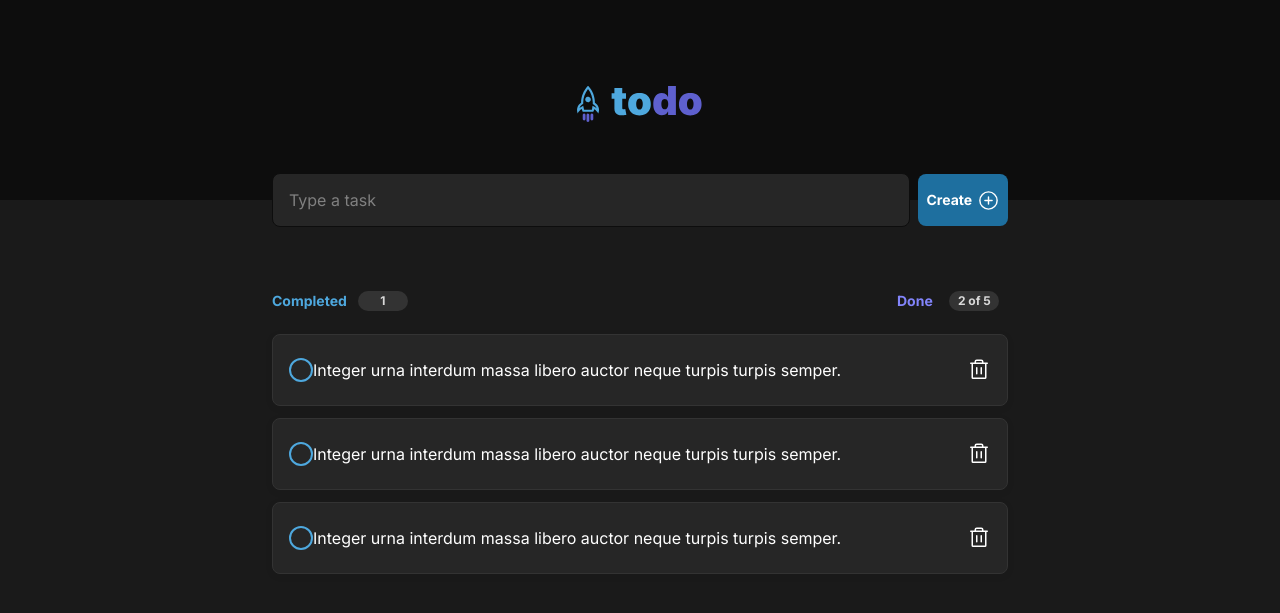
Repository: JoseGu1llardi/to-do-list-D01
Page: /
An editor plug-in stored every save of this project. The page is shown before and after the next save, followed by the edit.
The browser window is 1280 px wide. The pictures show the whole page.
The project was rebuilt for these pictures with package versions that can differ from the ones it lists, and the page was loaded fresh each time. Also part of the build but not shown: vite.config.ts.

Above is the page before, as saved 2023-03-11 22:43:13.

### index.html
<!DOCTYPE html>
<html lang="en">
  <head>
    <meta charset="UTF-8" />

    <link rel="preconnect" href="https://fonts.googleapis.com" />
    <link rel="preconnect" href="https://fonts.gstatic.com" crossorigin />

    <link
      href="https://fonts.googleapis.com/css2?family=Inter:wght@400;700&display=swap"
      rel="stylesheet"
    />

    <link rel="icon" type="image/svg+xml" href="/vite.svg" />
    <meta name="viewport" content="width=device-width, initial-scale=1.0" />
    <title>Vite + React + TS</title>
  </head>
  <body>
    <div id="root"></div>
    <script type="module" src="/src/main.tsx"></script>
  </body>
</html>

### src/App.tsx
import { Header } from "./components/Header"

import styles from './App.module.css';

import "./global.css"
import { Input } from "./components/Input";
import { Button } from "./components/Button";
import { TasksList } from "./components/TasksList";

function App() {
  return (
    <>
      <Header />

      <div className={styles.newTaskContainer}>
        <Input />
        <Button />
      </div>

      <div className={styles.tasksContainer}>
        <TasksList />
      </div>
    </>
  )
}

export default App

### src/components/Header/index.tsx
import Logo from '../../assets/Logo (1).svg'

import styles from './styles.module.css';

export function Header() {
    return (
        <header className={styles.container}>
            <img src={Logo} />
        </header>
    )
}

### src/App.module.css
.newTaskContainer {
  display: flex;
  flex-direction: row;
  align-items: center;
  padding: 0px;
  gap: 8px;

  position: absolute;
  width: 46rem;
  height: 3.375rem;
  left: calc(50% - 736px / 2);
  top: 10.8125rem;
}

.tasksContainer {
  display: flex;
  flex-direction: column;
  align-items: flex-start;
  padding: 0px;
  gap: 24px;

  position: absolute;
  width: 736px;
  height: 287px;
  left: calc(50% - 736px / 2);
  top: 291px;
}

### src/global.css
:root {
  // Base
  --gray-100: #f2f2f2;
  --gray-200: #d9d9d9;
  --gray-300: #808080;
  --gray-400: #333333;
  --gray-500: #262626;
  --gray-600: #1a1a1a;
  --gray-700: #0d0d0d;

  --danger: #e25858;

  // Product
  --purple: #8284fa;
  --dark-purple: #5e60ce;
  --blue: #4ea8de;
  --dark-blue: #1e6f9f;
}

* {
  margin: 0;
  padding: 0;
  box-sizing: border-box;
}

body {
  color: #fff;
  background: var(--gray-600);

  width: 100%;
  height: 100%;
  max-height: 1024px;
  position: relative;
}

body,
input,
textarea,
button {
  font-family: "Inter", sans-serif;
  font-weight: 400;
  font-size: 1rem;
}

### src/components/Input/index.tsx
import styles from './styles.module.css';

export function Input() {
    return (
        <input
            type="text"
            className={styles.input}
            placeholder='Type a task'
        />
    )
}

### src/components/Button/index.tsx
import { PlusCircle } from '@phosphor-icons/react'

import styles from './styles.module.css';

export function Button() {
    return (
        <button className={styles.button}>
            <span>Create</span>
            <PlusCircle size={23} />
        </button>
    )
}

### src/components/TasksList/index.tsx
import Clipboard from '../../assets/Clipboard.svg';
import { Task } from '../Task';

import styles from './styles.module.css';

export function TasksList() {
    return (
        <>
            <section className={styles.info}>

                <div className={styles.created}>
                    <span>Completed</span>
                    <div className={styles.counterCreated}>
                        <p>1</p>
                    </div>
                </div>

                <div className={styles.done}>
                    <span>Done</span>
                    <div className={styles.doneCreated}>
                        <span>2 of 5</span>
                    </div>
                </div>

            </section>

            {/* <section className={styles.tasks}>
                <img src={Clipboard} alt="" />
                <strong>You don't have tasks registered yet!</strong>
                <span>Create tasks and organize your to-do list</span>
            </section> */}

            <section className={styles.list}>
                <Task />
                <Task />
                <Task />
            </section>
        </>
    )
}

### src/components/Header/styles.module.css
.container {
  position: absolute;
  height: 12.5rem;
  max-width: 100%;
  left: 0;
  right: 0;
  top: 0;

  display: flex;
  align-items: center;
  justify-content: center;

  background: var(--gray-700);
}

.container img {
  position: absolute;
  width: 7.875rem;
  height: 3rem;
}

### src/components/Input/styles.module.css
.input {
  box-sizing: border-box;

  display: flex;
  flex-direction: row;
  align-items: center;
  padding: 16px;
  gap: 8px;

  width: 638px;
  height: 54px;

  background: var(--gray-500);
  color: #fff;

  border: 1px solid var(--gray-700);
  border-radius: 8px;

  flex: none;
  order: 0;
  flex-grow: 1;
}

.input:focus {
  outline: transparent;
  box-shadow: 0 0 0 2px var(--dark-purple);
}

.input::placeholder {
  color: var(--gray-300);
}

### src/components/Button/styles.module.css
.button {
  width: 90px;
  height: 52px;

  display: flex;
  flex-direction: row;
  align-items: center;
  justify-content: center;
  gap: 16px;

  border: 0;
  border-radius: 8px;

  background: var(--dark-blue);
  color: white;

  cursor: pointer;

  transition: filter 0.2s;
}

.button span {
  width: 34px;
  height: 20px;

  font-weight: 700;
  font-size: 14px;
  line-height: 140%;

  color: var(--gray-100);

  flex: none;
  order: 0;
  flex-grow: 0;
}

.button img {
  width: 16px;
  height: 16px;

  flex: none;
  order: 1;
  flex-grow: 0;
}

.button:hover {
  background: var(--blue);
  filter: brightness(0.8);
}

### src/components/Task/index.tsx
import { Trash } from '@phosphor-icons/react'

import styles from './styles.module.css';

export function Task() {
    return (
        <section className={styles.task}>
            <div>
                <input type="checkbox" />
                <span>Integer urna interdum massa libero auctor neque turpis turpis semper.</span>
            </div>
            <Trash size={20} />
        </section>
    )
}

### src/components/TasksList/styles.module.css
.info {
  display: flex;
  flex-direction: row;
  justify-content: space-between;
  align-items: flex-end;
  padding: 0px;

  width: 736px;
  height: 19px;

  flex: none;
  order: 0;
  align-self: stretch;
  flex-grow: 0;
}

.created {
  display: flex;
  flex-direction: row;
  align-items: center;
  padding: 0px;
  gap: 8px;

  width: 139px;
  height: 19px;

  order: 0;
  flex-grow: 0;
}

.created span {
  font-family: "Inter";
  font-style: normal;
  font-weight: 700;
  font-size: 14px;
  line-height: 17px;

  color: var(--blue);

  flex: none;
  order: 0;
  flex-grow: 0;
}

.counterCreated {
  display: flex;
  flex-direction: row;
  justify-content: center;
  align-items: center;
  padding: 2px 8px;
  gap: 10px;
  margin: 0 auto;

  width: 50px;
  height: 20px;

  background: #333333;
  border-radius: 999px;

  order: 1;
  flex-grow: 0;
}

.counterCreated p {
  display: flex;
  flex-direction: row;
  font-style: normal;
  font-weight: 700;
  font-size: 12px;
  line-height: 15px;

  color: var(--gray-200);
}

.done {
  display: flex;
  box-sizing: border-box;
  flex-direction: row;
  align-items: center;
  padding: 0px;
  gap: 8px;

  width: 111px;
  height: 19px;

  order: 1;
  flex-grow: 0;
}

.done span {
  font-family: "Inter";
  font-style: normal;
  font-weight: 700;
  font-size: 14px;
  line-height: 17px;

  color: #8284fa;

  flex: none;
  order: 0;
  flex-grow: 0;
}

.doneCreated {
  display: flex;
  flex-direction: row;
  justify-content: center;
  box-sizing: border-box;
  align-items: center;
  padding: 2px 8px;
  gap: 10px;
  margin: 0 auto;

  width: 50px;
  height: 20px;

  background: #333333;
  border-radius: 999px;

  order: 1;
  flex-grow: 0;
}

.doneCreated span {
  display: flex;
  flex-direction: row;
  font-style: normal;
  font-weight: 700;
  font-size: 12px;
  line-height: 15px;

  color: var(--gray-200);
}

.tasks {
  box-sizing: border-box;

  display: flex;
  flex-direction: column;
  justify-content: center;
  align-items: center;
  padding: 64px 24px;
  gap: 16px;

  width: 736px;
  height: 244px;

  border-top: 1px solid #333333;
  border-radius: 8px;

  flex: none;
  order: 1;
  align-self: stretch;
  flex-grow: 0;
}

.tasks img {
  width: 56px;
  height: 56px;

  flex: none;
  order: 0;
  flex-grow: 0;
}

.tasks strong {
  display: block;
  font-style: normal;
  font-weight: 700;
  font-size: 16px;

  text-align: center;

  color: var(--gray-300);

  flex: none;
  align-self: stretch;
  flex-grow: 0;
}

.tasks span {
  font-style: normal;
  font-weight: 300;
  font-size: 16px;

  color: var(--gray-300);
}

.list {
  display: flex;
  flex-direction: column;
  align-items: flex-start;
  padding: 0px;
  gap: 12px;

  width: 736px;
  height: 382px;

  /* Inside auto layout */

  flex: none;
  order: 1;
  flex-grow: 0;
}

### src/components/Task/styles.module.css
.task {
  box-sizing: border-box;

  display: flex;
  flex-direction: row;
  align-items: center;
  flex-direction: row;
  justify-content: space-between;
  padding: 16px;
  gap: 12px;

  width: 736px;
  height: 72px;

  /* Gray 500 */

  background: #262626;
  /* Gray 400 */

  border: 1px solid #333333;
  box-shadow: 0px 2px 8px rgba(0, 0, 0, 0.06);
  border-radius: 8px;

  flex: none;
  order: 0;
  align-self: stretch;
  flex-grow: 0;
}

.task div {
  display: flex;
  flex-direction: row;
  align-items: center;
  flex-direction: row;
}

.task input[type="checkbox"] {
  -webkit-appearance: none;
  -moz-appearance: none;

  width: 24px;
  height: 24px;

  border: 2px solid var(--blue);
  border-radius: 50%;
  outline: none;

  background-color: transparent;
  background-position: center;
  background-repeat: no-repeat;

  cursor: pointer;

  flex: none;
  order: 0;
  flex-grow: 0;
}

.task input[type="checkbox"]:checked {
  width: 24px;
  height: 24px;

  transition-duration: all 1s ease;

  border: none;
  background-image: url("./../../assets/Layer 1.svg");
}

.task svg {
  display: flex;
  float: right;
  width: 24px;
  height: 24px;

  border-radius: 4px;

  flex: none;
  order: 2;
  flex-grow: 0;
}

Loaded but not shown: src/main.tsx (common file)

After the next save:
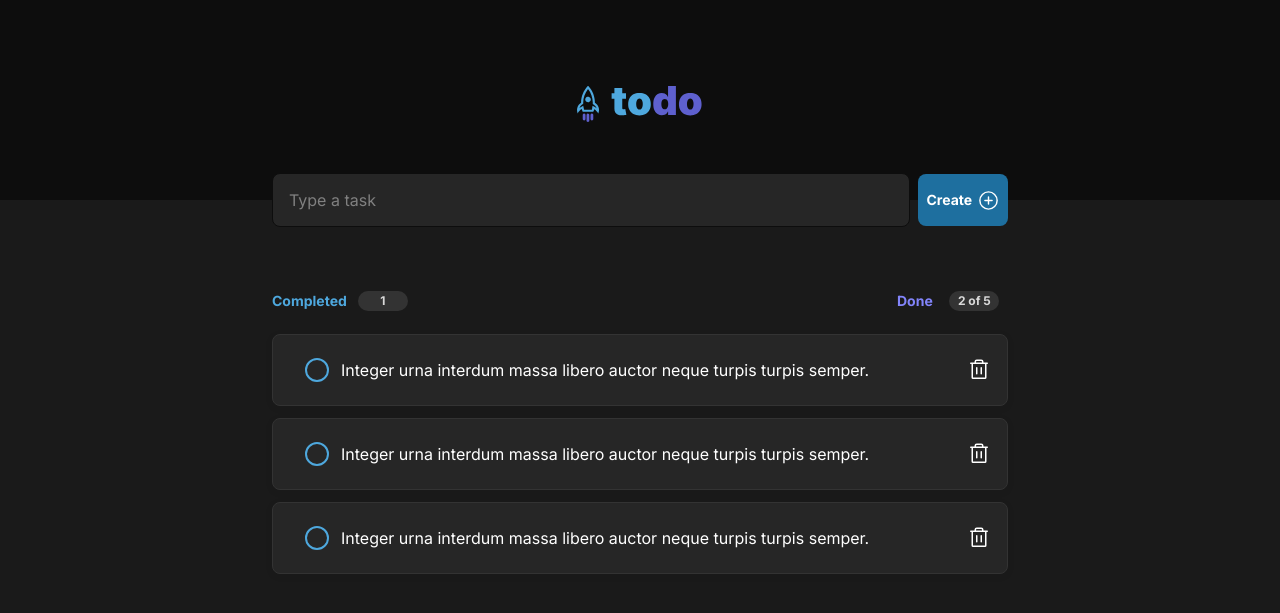
Saved 22 s later.
--- a/src/components/Task/styles.module.css
+++ b/src/components/Task/styles.module.css
@@ -32,6 +32,8 @@
   flex-direction: row;
   align-items: center;
   flex-direction: row;
+  padding: 16px;
+  gap: 12px;
 }
 
 .task input[type="checkbox"] {
